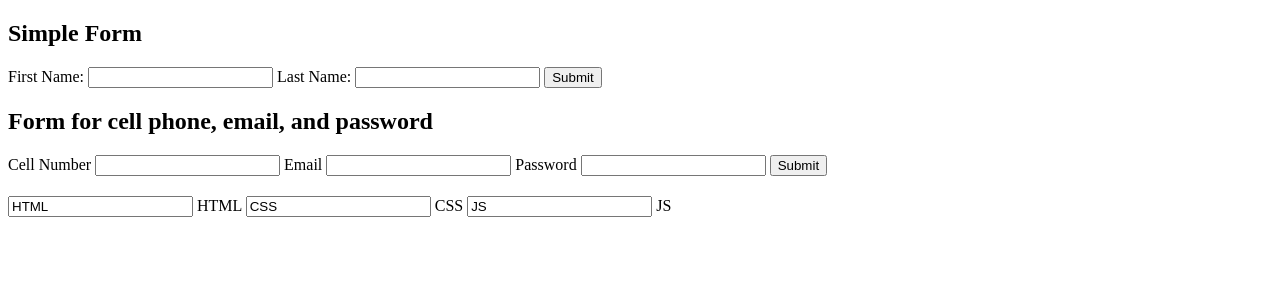
Repository: TheTroyPhillips/Block14
Page: Coursework/Block10/index.html
An editor plug-in stored every save of this project. The page is shown before and after a run of saves, followed by the edit.
The browser window is 1280 px wide. The pictures show the whole page.

Above is the page before, as saved 2023-09-07 19:33:06.

After the next 3 saves:
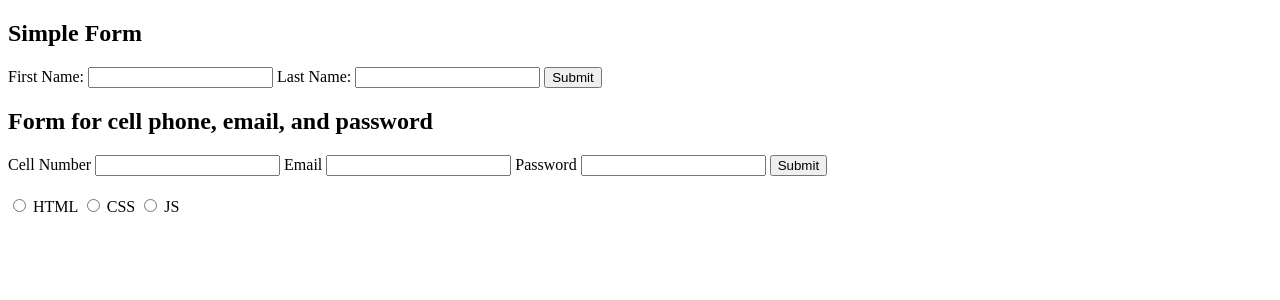
The 3 saves are shown as one change because they came seconds apart.
The last was saved 84 s later.
--- a/Coursework/Block10/index.html
+++ b/Coursework/Block10/index.html
@@ -32,11 +32,11 @@
     <article>
         <h2></h2>
         <form>
-            <input type="" id="" name="fav_language" value="HTML">
+            <input type="radio" id="" name="fav_language" value="HTML">
             <label for="html">HTML</label>
-            <input type="" id="" name="fav_language" value="CSS">
+            <input type="radio" id="" name="fav_language" value="CSS">
             <label for="css">CSS</label>
-            <input type="" id="" name="fav_language" value="JS">
+            <input type="radio" id="" name="fav_language" value="JS">
             <label for="js">JS</label>
         </form>
     </article>
